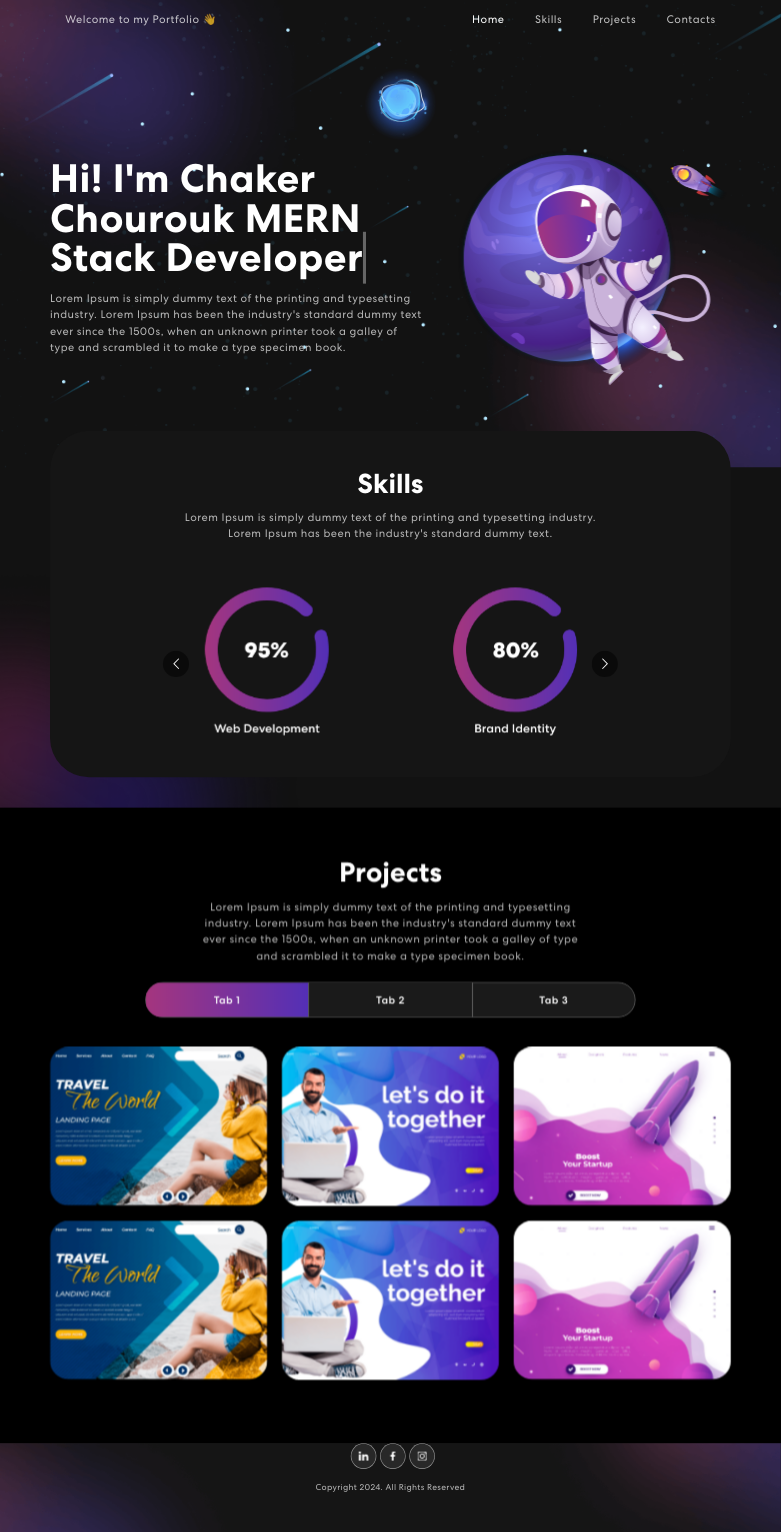
Repository: ChakerChourouk/personal-portfolio
Page: /
The author's editor kept a copy of each file at every save. The page is drawn from the files as they stood at one save, then again after the next save.
The browser window is 1280 px wide. The pictures show the whole page, at 61% of full size.
The project was rebuilt for these pictures with package versions that can differ from the ones it lists, and the page was loaded fresh each time. Imported but missing from the stored project, and not drawn on this page: src/components/Contact.

Above is the page before, as saved 2024-09-15 17:20:52.

### src/App.js
import logo from './logo.svg';
import './App.css';
import 'bootstrap/dist/css/bootstrap.min.css';
import { NavBar } from "./components/NavBar";
import { Banner } from "./components/Banner";
import { Skills } from "./components/Skills";
import { Projects } from "./components/Projects";
import { Contact } from "./components/Contact";
import { Footer } from "./components/Footer";

function App() {
  return (
    <div className="App">
      <NavBar />
      <Banner />
      <Skills />
      <Projects />
      <Footer />
    </div>
  );
}

export default App;

### src/App.css
/************ Custom Font ************/
@font-face {
	font-family: Centra;
	src: url('./assets/font/CentraNo2-Bold.ttf');
	font-weight: 700;
}
@font-face {
	font-family: Centra;
	src: url('./assets/font/CentraNo2-Medium.ttf');
	font-weight: 500;
}
@font-face {
	font-family: Centra;
	src: url('./assets/font/CentraNo2-Book.ttf');
	font-weight: 400;
}

/************ Default Css ************/
* {
  margin: 0;
  padding: 0;
  box-sizing: border-box;
}

html {
  scroll-behavior: smooth;
  scroll-padding-top: 75px;
}

body {
  font-weight: 400;
  overflow-x: hidden;
  position: relative;
  background-color: #121212 !important;
  color: #fff !important;
  font-family: 'Centra', sans-serif !important;
}

h1, h2, h3, h4, h5, h6 {
  margin: 0;
  padding: 0;
  line-height: normal;
}

p, a, li, button, ul {
  margin: 0;
  padding: 0;
  line-height: normal;
  text-decoration: none;
}

a:hover {
  text-decoration: none;
}

img {
  width: 100%;
  height: auto;
}

button {
  border: 0;
  background-color: transparent;
}

input:focus, textarea:focus, select:focus {
  outline: none;
}

@media (min-width:1700px) {
	main .container {
		max-width: 100%;
		padding: 0 150px;
	}
}

p.success {
	color: green;
}

p.danger {
	color: red;
}
/************ Navbar Css ************/
nav.navbar {
  padding: 18px 0;
  position: fixed;
  width: 100%;
  top: 0;
  z-index: 9999;
  transition:  0.32s ease-in-out;
}
nav.navbar.scrolled {
  padding: 0px 0;
  background-color: #121212;
}
nav.navbar a.navbar-brand {
    width: 9%;
}
nav.navbar .navbar-nav .nav-link.navbar-link {
  font-weight: 400;
  color: #fff !important;
  letter-spacing: 0.8px;
  padding: 0 25px;
  font-size: 18px;
  opacity: 0.75;
}
nav.navbar .navbar-nav a.nav-link.navbar-link:hover,
nav.navbar .navbar-nav a.nav-link.navbar-link.active {
    opacity: 1;
}
span.navbar-text {
    display: flex;
    align-items: center;
}
.social-icon {
    display: inline-block;
    margin-left: 14px;
}
.social-icon a {
    width: 42px;
    height: 42px;
    background: rgba(217, 217, 217, 0.1);
    display: inline-flex;
    border-radius: 50%;
    margin-right: 6px;
    align-items: center;
    justify-content: center;
    line-height: 1;
    border: 1px solid rgba(255, 255, 255, 0.5);
}
.social-icon a::before {
    content: "";
    width: 42px;
    height: 42px;
    position: absolute;
    background-color: #ffffff;
    border-radius: 50%;
    transform: scale(0);
	transition: 0.3s ease-in-out;
}
.social-icon a:hover::before {
    transform: scale(1);
}
.social-icon a img {
	width: 40%;
	z-index: 1;
	transition: 0.3s ease-in-out;
}
.social-icon a:hover img {
	filter: brightness(0) saturate(100%) invert(0%) sepia(7%) saturate(98%) hue-rotate(346deg) brightness(95%) contrast(86%);
}
.navbar-text button {
  font-weight: 700;
  color: #fff;
  border: 1px solid #fff;
  padding: 18px 34px;
  font-size: 18px;
  margin-left: 18px;
	position: relative;
	background-color: transparent;
	transition: 0.3s ease-in-out;
}
.navbar-text button span {
  z-index: 1;
}
.navbar-text button::before {
  content: "";
  width: 0%;
  height: 100%;
  position: absolute;
  background-color: #fff;
  left: 0;
  top: 0;
  z-index: -1;
  transition: 0.3s ease-in-out;
}
.navbar-text button:hover {
  color: #121212;
}
.navbar-text button:hover::before {
	content: "";
	width: 100%;
	height: 100%;
	position: absolute;
}
nav.navbar .navbar-toggler:active,
nav.navbar .navbar-toggler:focus {
	outline: none;
    box-shadow: none;
}
nav.navbar .navbar-toggler-icon {
  width: 24px;
  height: 17px;
  background-image: none;
  position: relative;
  border-bottom: 2px solid #fff;
  transition: all 300ms linear;
  top: -2px;
}
nav.navbar .navbar-toggler-icon:focus {
	border-bottom: 2px solid #fff;
}
nav.navbar .navbar-toggler-icon:after,
nav.navbar .navbar-toggler-icon:before {
	width: 24px;
	position: absolute;
	height: 2px;
	background-color: #fff;
	top: 0;
	left: 0;
	content: '';
	z-index: 2;
	transition: all 300ms linear;
}
nav.navbar .navbar-toggler-icon:after {
	top: 8px;
}
nav.navbar .navbar-toggler[aria-expanded="true"] .navbar-toggler-icon:after {
	transform: rotate(45deg);
	background-color: #fff;
	height: 2px;
}
nav.navbar .navbar-toggler[aria-expanded="true"] .navbar-toggler-icon:before {
	transform: translateY(8px) rotate(-45deg);
	background-color: #fff;
	height: 2px;
}
nav.navbar .navbar-toggler[aria-expanded="true"] .navbar-toggler-icon {
	border-color: transparent;
}

/************ Banner Css ************/
.banner {
  margin-top: 0;
  padding: 260px 0 100px 0;
  background-image: url('./assets/img/banner-bg.png');
  background-position: top center;
  background-size: cover;
  background-repeat: no-repeat;
}
.banner .tagline {
  font-weight: 700;
  letter-spacing: 0.8px;
  padding: 8px 10px;
  background: linear-gradient(90.21deg, rgba(170, 54, 124, 0.5) -5.91%, rgba(74, 47, 189, 0.5) 111.58%);
  border: 1px solid rgba(255, 255, 255, 0.5);
  font-size: 20px;
  margin-bottom: 16px;
  display: inline-block;
}
.banner h1 {
  font-size: 65px;
  font-weight: 700;
  letter-spacing: 0.8px;
  line-height: 1;
  margin-bottom: 20px;
  display: block;
}
.banner p {
  color: #B8B8B8;
  font-size: 18px;
  letter-spacing: 0.8px;
  line-height: 1.5em;
  width: 96%;
}
.banner button {
  color: #fff;
  font-weight: 700;
  font-size: 20px;
  margin-top: 60px;
  letter-spacing: 0.8px;
  display: flex;
  align-items: center;
}
.banner button svg {
  font-size: 25px;
  margin-left: 10px;
  transition: 0.3s ease-in-out;
  line-height: 1;
}
.banner button:hover svg {
  margin-left: 25px;
}
.banner img {
  animation: updown 3s linear infinite;
}
@keyframes updown {
    0% {
        transform: translateY(-20px);
    }
    50% {
        transform: translateY(20px);
    }
    100% {
        transform: translateY(-20px);
    }
}
.txt-rotate > .wrap {
  border-right: 0.08em solid #666;
}

/************ Skills Css ************/
.skill {
  padding: 0 0 50px 0;
  position: relative;
}
.skill-bx {
  background: #151515;
  border-radius: 64px;
  text-align: center;
  padding: 60px 50px;
  margin-top: -60px;
}
.skill h2 {
	font-size: 45px;
	font-weight: 700;
}
.skill p {
    color: #B8B8B8;
    font-size: 18px;
    letter-spacing: 0.8px;
    line-height: 1.5em;
    margin: 14px 0 75px 0;
}
.skill-slider {
  width: 80%;
  margin: 0 auto;
  position: relative;
}
.skill-slider .item img {
  width: 50%;
  margin: 0 auto 15px auto;
}
.background-image-left {
  top: 28%;
  position: absolute;
  bottom: 0;
  width: 40%;
  z-index: -4;
}

/************ Projects Css ************/
.project {
  padding: 80px 0;
  position: relative;
  background-color: black;
}
.project h2 {
	font-size: 45px;
	font-weight: 700;
  text-align: center;
}
.project p {
  color: #B8B8B8;
  font-size: 18px;
  letter-spacing: 0.8px;
  line-height: 1.5em;
  margin: 14px auto 30px auto;
  text-align: center;
  width: 56%;
}
.project .nav.nav-pills {
  width: 72%;
  margin: 0 auto;
  border-radius: 50px;
  background-color: rgb(255 255 255 / 10%);
  overflow: hidden;
}
.project .nav.nav-pills .nav-item {
  width: 33.33333%;
}
.project .nav.nav-pills .nav-link {
  background-color: transparent;
  border-radius: 0;
  padding: 17px 0;
  color: #fff;
  width: 100%;
  font-size: 17px;
  letter-spacing: 0.8px;
  font-weight: 500;
  position: relative;
  transition: 0.3s ease-in-out;
  text-align: center;
  z-index: 0;
}
.project .nav.nav-pills .nav-link::before {
    content: "";
    position: absolute;
    width: 0;
    height: 100%;
    background: linear-gradient(90.21deg, #AA367C -5.91%, #4A2FBD 111.58%);
    top: 0;
    left: 0;
    z-index: -1;
    transition: 0.3s ease-in-out;
}
.project .nav.nav-pills .nav-link.active::before {
    width: 100% !important;
}
.project .nav.nav-pills .nav-link.active {
    border: 1px solid rgba(255, 255, 255, 1);
}
.nav-link#projects-tabs-tab-first {
  border: 1px solid rgba(255, 255, 255, 0.5);
  border-radius: 55px 0px 0px 55px;
}
.nav-link#projects-tabs-tab-second {
  border-top: 1px solid rgba(255, 255, 255, 0.5);
  border-bottom: 1px solid rgba(255, 255, 255, 0.5);
}
.nav-link#projects-tabs-tab-third {
  border: 1px solid rgba(255, 255, 255, 0.5);
  border-radius: 0 55px 55px 0;
}
.proj-imgbx {
  position: relative;
  border-radius: 30px;
  overflow: hidden;
  margin-bottom: 24px;
}
.proj-imgbx::before {
  content: "";
  background: linear-gradient(90.21deg, #AA367C -5.91%, #4A2FBD 111.58%);
  opacity: 0.85;
  position: absolute;
  width: 100%;
  height: 0;
  transition: 0.4s ease-in-out;
}
.proj-imgbx:hover::before {
  height: 100%;
}
.proj-txtx {
  position: absolute;
  text-align: center;
  top: 65%;
  left: 50%;
  transform: translate(-50%, -50%);
  transition: 0.5s ease-in-out;
  opacity: 0;
  width: 100%;
}
.proj-imgbx:hover .proj-txtx {
  top: 50%;
  opacity: 1;
}
.proj-txtx h4 {
  font-size: 30px;
  font-weight: 700;
  letter-spacing: 0.8px;
  line-height: 1.1em;
}
.proj-txtx span {
  font-style: italic;
  font-weight: 400;
  font-size: 15px;
  letter-spacing: 0.8px;
}
.background-image-right {
  top: 20%;
  position: absolute;
  bottom: 0;
  width: 35%;
  right: 0;
  z-index: -4;
}

/************ Projects Css ************/
.contact {
  background: linear-gradient(90.21deg, #AA367C -5.91%, #4A2FBD 111.58%);
  padding: 60px 0 200px 0;
}
.contact img {
  width: 92%;
}
.contact h2 {
	font-size: 45px;
	font-weight: 700;
  margin-bottom: 30px;
}
.contact form input, .contact form textarea {
  width: 100%;
  background: rgba(255, 255, 255, 0.1);
  border: 1px solid rgba(255, 255, 255, 0.5);
  border-radius: 20px;
  color: #fff;
  margin: 0 0 8px 0;
  padding: 18px 26px;
  font-weight: 500;
  font-size: 18px;
  letter-spacing: 0.8px;
  transition: 0.3s ease-in-out;
}
.contact form input:focus, .contact form textarea:focus {
  background: rgba(255, 255, 255, 1);
  color: #121212;
}
.contact form input::placeholder, .contact form textarea::placeholder {
  font-size: 16px;
  font-weight: 400;
  color: #fff;
}
.contact form input:focus::placeholder, .contact form textarea:focus::placeholder {
  color: #121212;
  opacity: 0.8;
}
.contact form button {
  font-weight: 700;
  color: #000;
  background-color: #fff;
  padding: 14px 48px;
  font-size: 18px;
  margin-top: 25px;
  border-radius: 0;
  position: relative;
  transition: 0.3s ease-in-out;
}
.contact form button span {
  z-index: 1;
  position: relative;
}
.contact form button:hover {
  color: #fff;
}
.contact form button::before {
  content: "";
  background: #121212;
  width: 0;
  height: 100%;
  position: absolute;
  top: 0;
  left: 0;
  z-index: 0;
  transition: 0.3s ease-in-out;
}
.contact form button:hover::before {
  width: 100%;
}

/************ Footer Css ************/
.footer {
  padding: 0 0 50px 0;
  background-image: url('./assets/img/footer-bg.png');
  background-position: center center;
  background-size: cover;
  background-repeat: no-repeat;
}
.footer img {
  width: 26%;
}
.footer p {
  font-weight: 400;
  font-size: 14px;
  color: #B8B8B8;
  letter-spacing: 0.5px;
  margin-top: 20px;
}


.welcome {
    font-weight: 400;
    color: #fff !important;
    letter-spacing: 0.8px;
    padding: 0 25px;
    font-size: 18px;
    opacity: 0.75;
}

### src/components/NavBar.js
import { useState, useEffect } from "react";
import { Navbar, Nav, Container } from "react-bootstrap";
import {
  BrowserRouter as Router
} from "react-router-dom";

export const NavBar = () => {

  const [activeLink, setActiveLink] = useState('home');
  const [scrolled, setScrolled] = useState(false);

  useEffect(() => {
    const onScroll = () => {
      if (window.scrollY > 50) {
        setScrolled(true);
      } else {
        setScrolled(false);
      }
    }

    window.addEventListener("scroll", onScroll);

    return () => window.removeEventListener("scroll", onScroll);
  }, [])

  const onUpdateActiveLink = (value) => {
    setActiveLink(value);
  }

  return (
    <Router>
      <Navbar expand="md" className={scrolled ? "scrolled" : ""}>
        <Container>
         {/* <Navbar.Brand href="/">
            <img src={logo} alt="Logo" />
          </Navbar.Brand>*/}
          <span className="welcome">Welcome to my Portfolio<span role="img" aria-label="waving hand"> 👋</span> </span>
          <Navbar.Toggle aria-controls="basic-navbar-nav">
            <span className="navbar-toggler-icon"></span>
          </Navbar.Toggle>
          <Navbar.Collapse id="basic-navbar-nav">
            <Nav className="ms-auto">
              <Nav.Link href="#home" className={activeLink === 'home' ? 'active navbar-link' : 'navbar-link'} onClick={() => onUpdateActiveLink('home')}>Home</Nav.Link>
              <Nav.Link href="#skills" className={activeLink === 'skills' ? 'active navbar-link' : 'navbar-link'} onClick={() => onUpdateActiveLink('skills')}>Skills</Nav.Link>
              <Nav.Link href="#projects" className={activeLink === 'projects' ? 'active navbar-link' : 'navbar-link'} onClick={() => onUpdateActiveLink('projects')}>Projects</Nav.Link>
              <Nav.Link href="#contacts" className={activeLink === 'contacts' ? 'active navbar-link' : 'navbar-link'} onClick={() => onUpdateActiveLink('projects')}>Contacts</Nav.Link>
            </Nav>
            {/*<span className="navbar-text">
              <div className="social-icon">
                <a href="#"><img src={navIcon1} alt="" /></a>
                <a href="#"><img src={navIcon2} alt="" /></a>
                <a href="#"><img src={navIcon3} alt="" /></a>
              </div>
            </span>*/}
          </Navbar.Collapse>
        </Container>
      </Navbar>
    </Router>
  )
}

### src/components/Banner.js
import { useState, useEffect } from "react";
import { Container, Row, Col } from "react-bootstrap";
import headerImg from "../assets/img/header-img.svg";
import { ArrowRightCircle } from 'react-bootstrap-icons';
import 'animate.css';
import TrackVisibility from 'react-on-screen';

export const Banner = () => {
  const [loopNum, setLoopNum] = useState(0);
  const [isDeleting, setIsDeleting] = useState(false);
  const [text, setText] = useState('');
  const [delta, setDelta] = useState(300 - Math.random() * 100);
  const [index, setIndex] = useState(1);
  const toRotate = [ "MERN Stack Developer", "Web Designer", "UI/UX Designer" ];
  const period = 2000;

  useEffect(() => {
    let ticker = setInterval(() => {
      tick();
    }, delta);

    return () => { clearInterval(ticker) };
  }, [text])

  const tick = () => {
    let i = loopNum % toRotate.length;
    let fullText = toRotate[i];
    let updatedText = isDeleting ? fullText.substring(0, text.length - 1) : fullText.substring(0, text.length + 1);

    setText(updatedText);

    if (isDeleting) {
      setDelta(prevDelta => prevDelta / 2);
    }

    if (!isDeleting && updatedText === fullText) {
      setIsDeleting(true);
      setIndex(prevIndex => prevIndex - 1);
      setDelta(period);
    } else if (isDeleting && updatedText === '') {
      setIsDeleting(false);
      setLoopNum(loopNum + 1);
      setIndex(1);
      setDelta(500);
    } else {
      setIndex(prevIndex => prevIndex + 1);
    }
  }

  return (
    <section className="banner" id="home">
      <Container>
        <Row className="aligh-items-center">
          <Col xs={12} md={6} xl={7}>
            <TrackVisibility>
              {({ isVisible }) =>
              <div className={isVisible ? "animate__animated animate__fadeIn" : ""}>
                <h1>{`Hi! I'm Chaker Chourouk`} <span className="txt-rotate" dataPeriod="1000" data-rotate='[ "MERN Stack Developer", "Web Designer", "UI/UX Designer" ]'><span className="wrap">{text}</span></span></h1>
                  <p>Lorem Ipsum is simply dummy text of the printing and typesetting industry. Lorem Ipsum has been the industry's standard dummy text ever since the 1500s, when an unknown printer took a galley of type and scrambled it to make a type specimen book.</p>
              </div>}
            </TrackVisibility>
          </Col>
          <Col xs={12} md={6} xl={5}>
            <TrackVisibility>
              {({ isVisible }) =>
                <div className={isVisible ? "animate__animated animate__zoomIn" : ""}>
                  <img src={headerImg} alt="Header Img"/>
                </div>}
            </TrackVisibility>
          </Col>
        </Row>
      </Container>
    </section>
  )
}

### src/components/Skills.js
import meter1 from "../assets/img/meter1.svg";
import meter2 from "../assets/img/meter2.svg";
import meter3 from "../assets/img/meter3.svg";
import Carousel from 'react-multi-carousel';
import 'react-multi-carousel/lib/styles.css';
import arrow1 from "../assets/img/arrow1.svg";
import arrow2 from "../assets/img/arrow2.svg";
import colorSharp from "../assets/img/color-sharp.png"

export const Skills = () => {
  const responsive = {
    superLargeDesktop: {
      // the naming can be any, depends on you.
      breakpoint: { max: 4000, min: 3000 },
      items: 5
    },
    desktop: {
      breakpoint: { max: 3000, min: 1024 },
      items: 3
    },
    tablet: {
      breakpoint: { max: 1024, min: 464 },
      items: 2
    },
    mobile: {
      breakpoint: { max: 464, min: 0 },
      items: 1
    }
  };

  return (
    <section className="skill" id="skills">
        <div className="container">
            <div className="row">
                <div className="col-12">
                    <div className="skill-bx wow zoomIn">
                        <h2>Skills</h2>
                        <p>Lorem Ipsum is simply dummy text of the printing and typesetting industry.<br></br> Lorem Ipsum has been the industry's standard dummy text.</p>
                        <Carousel responsive={responsive} infinite={true} className="owl-carousel owl-theme skill-slider">
                            <div className="item">
                                <img src={meter1} alt="Image" />
                                <h5>Web Development</h5>
                            </div>
                            <div className="item">
                                <img src={meter2} alt="Image" />
                                <h5>Brand Identity</h5>
                            </div>
                            <div className="item">
                                <img src={meter3} alt="Image" />
                                <h5>Logo Design</h5>
                            </div>
                            <div className="item">
                                <img src={meter1} alt="Image" />
                                <h5>Web Development</h5>
                            </div>
                        </Carousel>
                    </div>
                </div>
            </div>
        </div>
        <img className="background-image-left" src={colorSharp} alt="Image" />
    </section>
  )
}

### src/components/Footer.js
import { Container, Row, Col } from "react-bootstrap";
import logo from "../assets/img/logo.svg";
import navIcon1 from "../assets/img/nav-icon1.svg";
import navIcon2 from "../assets/img/nav-icon2.svg";
import navIcon3 from "../assets/img/nav-icon3.svg";

export const Footer = () => {
  return (
    <footer className="footer">
      <Container>
        <Row className="align-items-center justify-content-center">
          <Col size={12} sm={6} className="text-center">
            <div className="social-icon">
              <a href="#"><img src={navIcon1} alt="Icon" /></a>
              <a href="#"><img src={navIcon2} alt="Icon" /></a>
              <a href="#"><img src={navIcon3} alt="Icon" /></a>
            </div>
            <p>Copyright 2024. All Rights Reserved</p>
          </Col>
        </Row>
      </Container>
    </footer>
  );
};

Loaded but not shown: public/index.html (common file); src/index.js (common file); src/index.css (common file); src/reportWebVitals.js (common file); src/components/ProjectCard.js (common file); src/components/Projects.js (98 lines, source omitted)

After the next save:
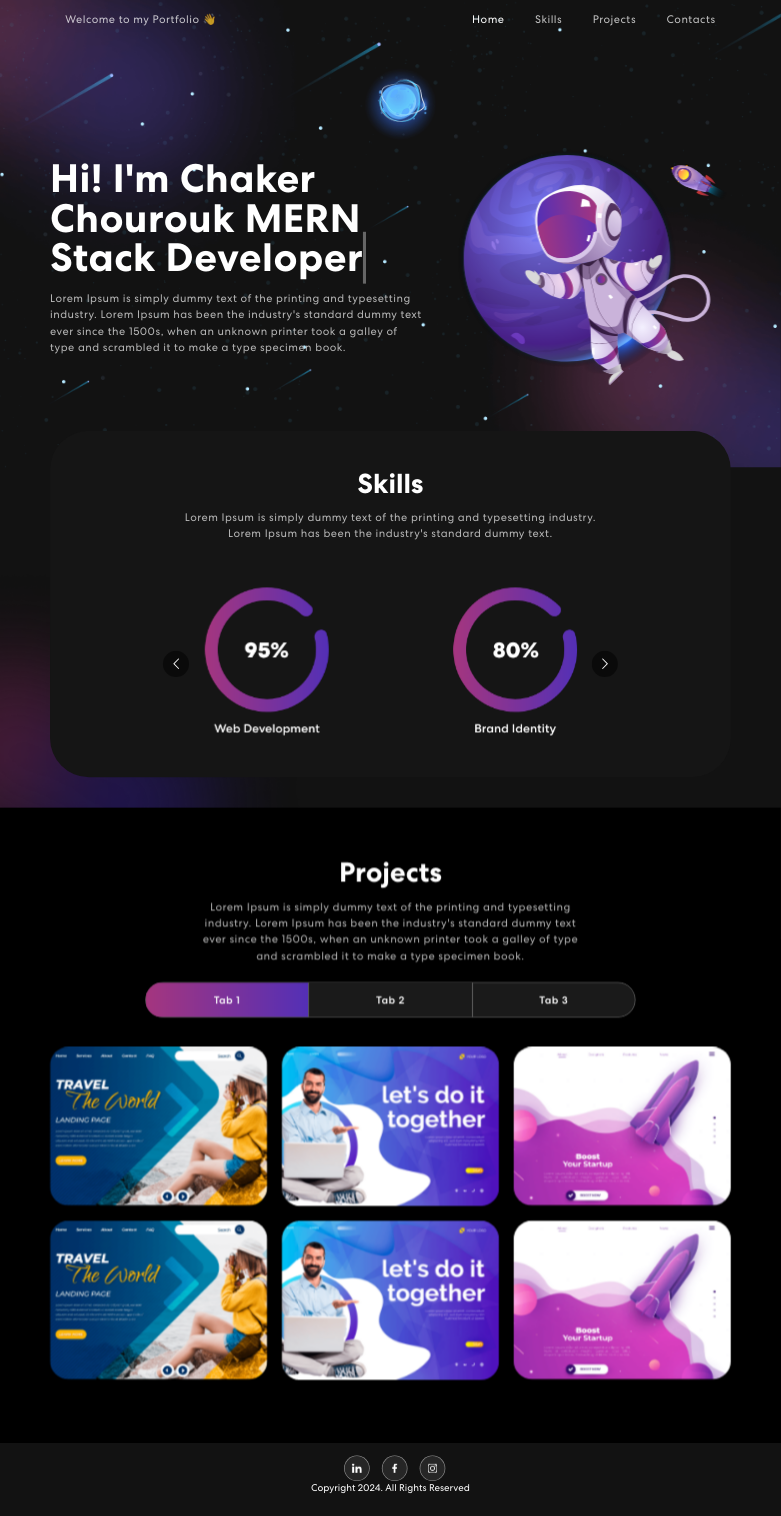
Saved 28 s later.
--- a/src/App.css
+++ b/src/App.css
@@ -539,22 +539,20 @@ nav.navbar .navbar-toggler[aria-expanded="true"] .navbar-toggler-icon {
 }
 
 /************ Footer Css ************/
+
 .footer {
-  padding: 0 0 50px 0;
-  background-image: url('./assets/img/footer-bg.png');
-  background-position: center center;
-  background-size: cover;
-  background-repeat: no-repeat;
-}
-.footer img {
-  width: 26%;
-}
-.footer p {
-  font-weight: 400;
-  font-size: 14px;
-  color: #B8B8B8;
-  letter-spacing: 0.5px;
-  margin-top: 20px;
+  padding: 20px 0;
+}
+
+.social-icon a {
+  margin: 0 10px;
+}
+
+.text-center {
+  display: flex;
+  flex-direction: column;
+  align-items: center;
+  justify-content: center;
 }
 
 
